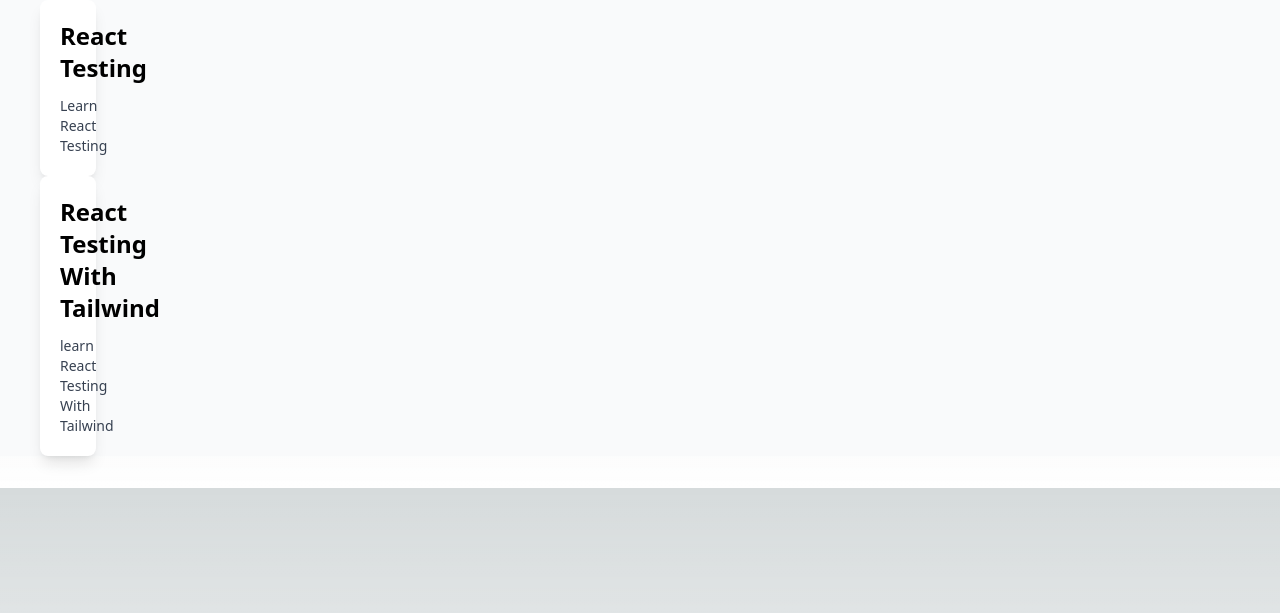
Repository: AlgoHussle/algo-blog
Page: /
The author's editor kept a copy of each file at every save. The page is drawn from the files as they stood at one save, then again after a run of saves.
The browser window is 1280 px wide. The pictures show the whole page.
The project was rebuilt for these pictures with package versions that can differ from the ones it lists, and the page was loaded fresh each time. The framework's server and built-in components were replaced by stand-ins that run in the browser. Also part of the build but not shown: next.config.js.

Above is the page before, as saved 2023-05-03 21:29:56.

### pages/index.js

import Head from 'next/head'

const posts = [
  { title: 'React Testing', excerpt: 'Learn React Testing'},
  { title: 'React Testing With Tailwind', excerpt: 'learn React Testing With Tailwind'},
];

export default function Home() {
  return (
    <div className='container mx-auto px-10 mb-8 bg-gray-50'>
      <Head>
        <title>CMS Blog</title>
        <link rel="icon" href="/favicon.ico" />
      </Head>
      <div className='grid grid-cols-1 lg:grid-cols-12 gap-12'>
        <div>

        {posts.map((post, index) => (
          <div key={index} className='col-span-1 lg:col-span-3'>
            <div className='bg-white rounded-lg shadow-lg p-5'>
              <h3 className='text-2xl font-bold mb-3'>{post.title}</h3>
              <p className='text-gray-700 text-sm'>{post.excerpt}</p>
            </div>
          </div>
        ))}
        </div>
      <div className='lg:col-span-4 col-span-1'>

      </div>
      </div>

      </div>
  )
}

Loaded but not shown: pages/_app.js (common file); pages/_document.js (common file); styles/globals.css (common file); tailwind.config.js (common file)

After the next 3 saves:
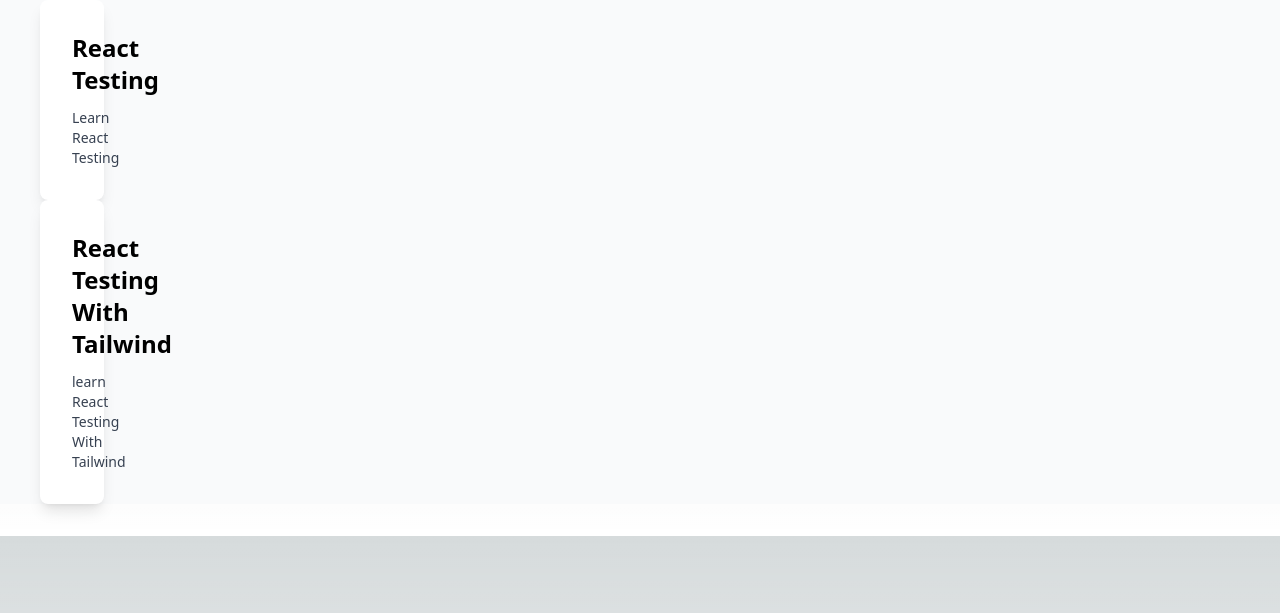
The 3 saves are shown as one change because they came seconds apart.
The last was saved 8 s later.
--- a/pages/index.js
+++ b/pages/index.js
@@ -17,8 +17,8 @@
         <div>
 
         {posts.map((post, index) => (
-          <div key={index} className='col-span-1 lg:col-span-3'>
-            <div className='bg-white rounded-lg shadow-lg p-5'>
+          <div key={index} className='col-span-1 lg:col-span-6'>
+            <div className='bg-white rounded-lg shadow-lg p-8'>
               <h3 className='text-2xl font-bold mb-3'>{post.title}</h3>
               <p className='text-gray-700 text-sm'>{post.excerpt}</p>
             </div>

After the save that followed:
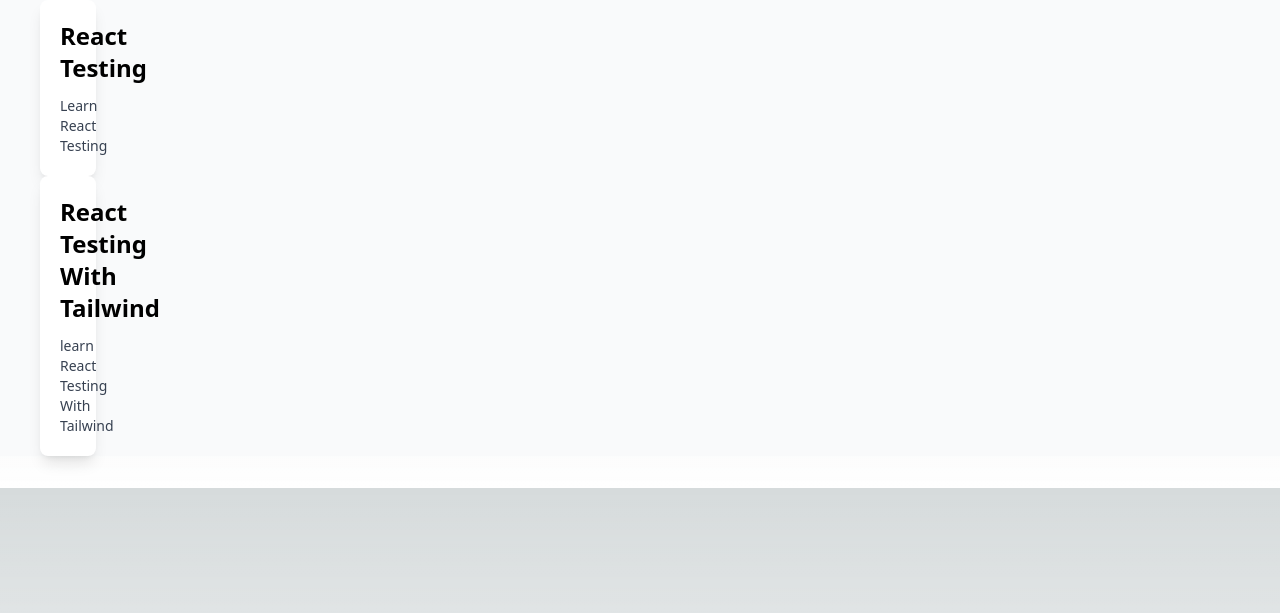
Saved 4 s later.
--- a/pages/index.js
+++ b/pages/index.js
@@ -18,7 +18,7 @@
 
         {posts.map((post, index) => (
           <div key={index} className='col-span-1 lg:col-span-6'>
-            <div className='bg-white rounded-lg shadow-lg p-8'>
+            <div className='bg-white rounded-lg shadow-lg p-5'>
               <h3 className='text-2xl font-bold mb-3'>{post.title}</h3>
               <p className='text-gray-700 text-sm'>{post.excerpt}</p>
             </div>
